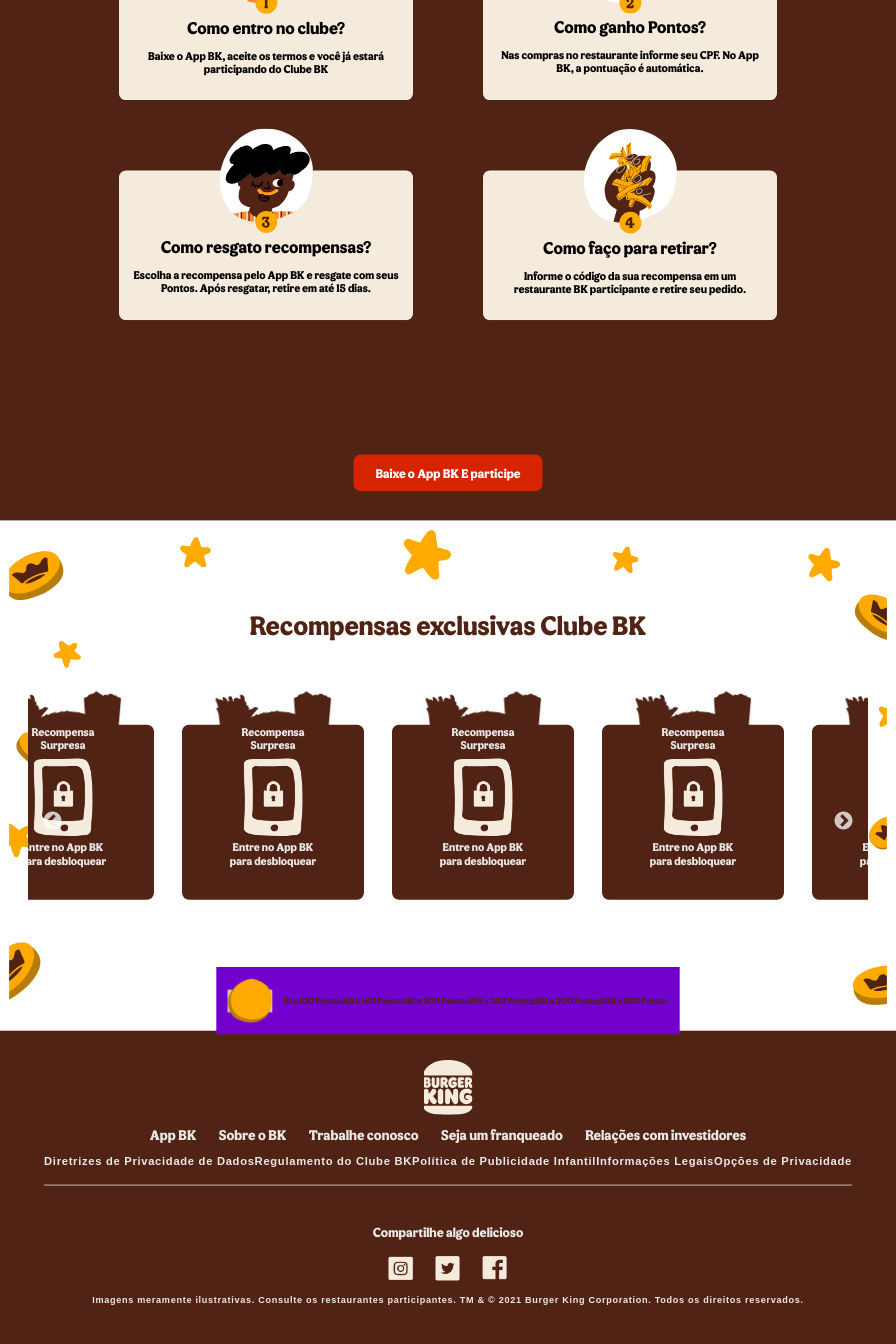
Repository: francisguitt/BurgerKing
Page: src/pages/club-bk.html
An editor plug-in stored every save of this project. The page is shown before and after the next save, followed by the edit.
The browser window is 1280 px wide. The pictures show the part of the page from y = 1939 to 3859 px (the page is 3859 px tall), at 70% of full size.

Above is the page before, as saved 2025-04-16 11:02:33.

### src/pages/club-bk.html
<!DOCTYPE html>
<html lang="en">

<head>
  <meta charset="UTF-8">
  <meta name="viewport" content="width=device-width, initial-scale=1.0">
  <link href="https://unpkg.com/aos@2.3.1/dist/aos.css" rel="stylesheet"><!-- cdn aos animation scroll-->
  <link href="https://cdn.jsdelivr.net/npm/slick-carousel@1.8.1/slick/slick.css" rel="stylesheet" />
  <!-- cdn SLICK SLIDER-->
  <link href="https://cdn.jsdelivr.net/npm/slick-carousel@1.8.1/slick/slick-theme.css" rel="stylesheet" />
  <!-- cdn SLICK SLIDER-->

  <link rel="stylesheet" href="../assets//styles/club-bk.css" />
  <link rel="stylesheet" href="../assets/styles/globals.css" />
  <title>Club Bk</title>
</head>

<body>

  <header class="header-globals">
    <nav class="nav-globals">
      <ul class="ul-globals">
        <div class="side-left-logo">
          <img src="../assets/icons/BK-logo.svg" width="80" alt="logo" />
        </div>
        <div class="side-right-routes">
          <li><a href="../index.html">inicio</a></li>
          <li><a href="./coupons.html">cupons</a></li>
          <li><a href="./menu.html">cardápio</a></li>
          <li><a href="./app-bk.html">app bk</a></li>
          <li><a href="./club-bk.html">clube bk</a></li>
          <li><a href="#">delivery</a></li>
        </div>
      </ul>
    </nav>
  </header>

  <section class="sectio1-banner-clubBk">
    <div class="section1-banner-clubBk-content">
      <img src="../assets/bannerClubBk/Banner-clube-bk-tem-recompensas-te-esperando.dsektop.png" alt="banner"
        class="banner-clubBk-img-dektop">
      <img src="../assets/bannerClubBk/Banner-clube-bk-tem-recompensas-te-esperando-mobile.png" alt="banner"
        class="banner-clubBk-img-mobile">
    </div>
  </section>
  <!-- end section 1 banner  -->

  <!-- ------------ SECTION 2 BENEFITS------------ -->
  <section class="section2-benefits"><!--benefits = beneficios-->
    <div class="section2-benefits-title">
      <h2>Vantagens e benefícios</h2>
    </div>
    <div class="section2-benefits-content">
      <div class="section2-benefits-content-box">
        <img src="../assets/clubeBkImages/1-clube-bk-vantagens-1-real-1-ponto.23e574c.svg" alt="">
        <h2>Ganhe Pontos comprando no BK</h2>
        <p>Comprou, pontuou! A cada R$1 ganhe 1 ponto.</p>
      </div>
      <div class="section2-benefits-content-box">
        <img src="../assets/clubeBkImages/2-clube-bk-batata-burger-king-moedas.d66ac02.svg" alt="">
        <h2>Aproveite ofertas e descontos exclusivos</h2>
        <p>Troque seus Pontos por recompensas no App BK.</p>
      </div>
      <div class="section2-benefits-content-box">
        <img src="../assets/clubeBkImages/3-clube-bk-moedas.9d79798.svg" alt="">
        <h2>Receba Pontos extras em campanhas</h2>
        <p>Ganhe Pontos extras em ações específicas no Clube BK.</p>
      </div>
      <div class="section2-benefits-content-box">
        <img src="../assets/clubeBkImages/4-clube-bk-aniversario.afb9863.svg" alt="">
        <h2>Ganhe um mimo de aniversário</h2>
        <p>No Clube BK, você ganha Pontos em dobro no mês do seu aniversário!</p>
      </div>
    </div>
    </div>
  </section>

  <!-- ------------END SECTION 2 BENEFITS------------ -->

  <!-- ---------------SECTION 3 WORKS------------------ -->
  <section class="section3-clubBk-works">
    <div class="section3-clubBk-works-title">
      <h1>Como funciona o Clube BK?</h1>
    </div>
    <div class="section3-clubBk-works-content">
      <div data-aos="zoom-in" data-aos-duration="400" class="section3-clubBk-works-box">
        <img src="../assets/clubeBkImages/01-app-bk-icone.ffb4431.svg" alt="" />
        <h2>Como entro no clube?</h2>
        <p>Baixe o App BK, aceite os termos e você já estará participando do Clube BK</p>
      </div>
      <div data-aos="zoom-in" data-aos-duration="1000" class="section3-clubBk-works-box">
        <img src="../assets/clubeBkImages/02-clube-bk-Pontos-moedas.e91c1b0.svg" alt="" />
        <h2>Como ganho Pontos?</h2>
        <p>Nas compras no restaurante informe seu CPF. No App BK, a pontuação é automática.</p>
      </div>
      <div data-aos="zoom-in" data-aos-duration="1400" class="section3-clubBk-works-box">
        <img src="../assets/clubeBkImages/03-clube-bk-cliente-feliz.219f569.svg" alt="" />
        <h2>Como resgato recompensas?</h2>
        <p>Escolha a recompensa pelo App BK e resgate com seus Pontos. Após resgatar, retire em até 15 dias.</p>

      </div>
      <div data-aos="zoom-in" data-aos-duration="2500" class="section3-clubBk-works-box">
        <img src="../assets/clubeBkImages/04-clube-bk-mao-batata-burger-king.c87e2c5.svg" alt="" />
        <h2>Como faço para retirar?</h2>
        <p>Informe o código da sua recompensa em um restaurante BK participante e retire seu pedido.</p>
      </div>
    </div>
    </div>
    <div class="section3-clubBk-works-btn">
      <button>
        <h2>Baixe o App BK E participe</h2>
      </button>
    </div>
  </section>
  <!-- ---------------END SECTION 3 WORKS------------------ -->



  <section class="section4-clubBk-rewards">
    <div class="backgroundStar" data-aos="zoom-in" data-aos-duration="1000">
      <div class="section4-clubBk-rewards-title">
        <h1>Recompensas exclusivas Clube BK</h1>
      </div>

      <div class="section4-carousel-rewards-card  carousel-rewards-clubBk">
        <button type="button" class="slick-prev">&laquo;</button>
        <button type="button" class="slick-next">&raquo;</button>


        <div class="carousel-rewards-card-area">
          <div class="carousel-rewards-card-itens">
            <img src="../assets/clubeBkImages/clube-bk_card-recompensa-escondido.693e7bd.png" alt="itens"
              class="carousel-rewards-card-itens-image" />
            <div class="box-reward">
              <span>Recompensa <br> Surpresa</span>
              <img src="../assets/clubeBkImages/clube-bk-card_recompensa_cell-locker_cortina.png"
                class="box-reward-image" />
              <p class="box-reward-subtitle">Entre no App BK <br>para desbloquear</p>
            </div>
          </div>
        </div>

        <div class="carousel-rewards-card-area">
          <div class="carousel-rewards-card-itens">
            <img src="../assets/clubeBkImages/clube-bk_card-recompensa-escondido.693e7bd.png" alt="itens"
              class="carousel-rewards-card-itens-image" />
            <div class="box-reward">
              <span>Recompensa <br> Surpresa</span>
              <img src="../assets/clubeBkImages/clube-bk-card_recompensa_cell-locker_cortina.png"
                class="box-reward-image" />
              <p class="box-reward-subtitle">Entre no App BK <br>para desbloquear</p>
            </div>
          </div>
        </div>

        <div class="carousel-rewards-card-area">
          <div class="carousel-rewards-card-itens">
            <img src="../assets/clubeBkImages/clube-bk_card-recompensa-escondido.693e7bd.png" alt="itens"
              class="carousel-rewards-card-itens-image" />
            <div class="box-reward">
              <span>Recompensa <br> Surpresa</span>
              <img src="../assets/clubeBkImages/clube-bk-card_recompensa_cell-locker_cortina.png"
                class="box-reward-image" />
              <p class="box-reward-subtitle">Entre no App BK <br>para desbloquear</p>
            </div>
          </div>
        </div>

        <div class="carousel-rewards-card-area">
          <div class="carousel-rewards-card-itens">
            <img src="../assets/clubeBkImages/clube-bk_card-recompensa-escondido.693e7bd.png" alt="itens"
              class="carousel-rewards-card-itens-image" />
            <div class="box-reward">
              <span>Recompensa <br> Surpresa</span>
              <img src="../assets/clubeBkImages/clube-bk-card_recompensa_cell-locker_cortina.png"
                class="box-reward-image" />
              <p class="box-reward-subtitle">Entre no App BK <br>para desbloquear</p>
            </div>
          </div>
        </div>

        <div class="carousel-rewards-card-area">
          <div class="carousel-rewards-card-itens">
            <img src="../assets/clubeBkImages/clube-bk_card-recompensa-escondido.693e7bd.png" alt="itens"
              class="carousel-rewards-card-itens-image" />
            <div class="box-reward">
              <span>Recompensa <br> Surpresa</span>
              <img src="../assets/clubeBkImages/clube-bk-card_recompensa_cell-locker_cortina.png"
                class="box-reward-image" />
              <p class="box-reward-subtitle">Entre no App BK <br>para desbloquear</p>
            </div>
          </div>
        </div>

        <div class="carousel-rewards-card-area">
          <div class="carousel-rewards-card-itens">
            <img src="../assets/clubeBkImages/clube-bk_card-recompensa-escondido.693e7bd.png" alt="itens"
              class="carousel-rewards-card-itens-image" />
            <div class="box-reward">
              <span>Recompensa <br> Surpresa</span>
              <img src="../assets/clubeBkImages/clube-bk-card_recompensa_cell-locker_cortina.png"
                class="box-reward-image" alt="" />
              <p class="box-reward-subtitle">Entre no App BK <br>para desbloquear</p>
            </div>
          </div>
        </div>

        <div class="carousel-rewards-card-area">
          <div class="carousel-rewards-card-itens">
            <img src="../assets/clubeBkImages/clube-bk_card-recompensa-escondido.693e7bd.png" alt="itens"
              class="carousel-rewards-card-itens-image" />
            <div class="box-reward">
              <span>Recompensa <br> Surpresa</span>
              <img src="../assets/clubeBkImages/clube-bk-card_recompensa_cell-locker_cortina.png"
                class="box-reward-image" alt="" />
              <p class="box-reward-subtitle">Entre no App BK <br>para desbloquear</p>
            </div>
          </div>
        </div>

        <div class="carousel-rewards-card-area">
          <div class="carousel-rewards-card-itens">
            <img src="../assets/clubeBkImages/clube-bk_card-recompensa-escondido.693e7bd.png" alt="itens"
              class="carousel-rewards-card-itens-image" />
            <div class="box-reward">
              <span>Recompensa <br> Surpresa</span>
              <img src="../assets/clubeBkImages/clube-bk-card_recompensa_cell-locker_cortina.png"
                class="box-reward-image" />
              <p class="box-reward-subtitle">Entre no App BK <br>para desbloquear</p>
            </div>
          </div>
        </div>
      </div>
      <div class="reward-dots">
        <div class="dots-content">
          <div class="dots-coin-image">
          </div>
          <div class="dots">
            <p class="dots-text">51 a 100 Pontos</p>
          </div>
          <div class="dots">
            <p class="dots-text">101 a 150 Pontos</p>
          </div>
          <div class="dots">
            <p class="dots-text">151 a 200 Pontos</p>
          </div>
          <div class="dots">
            <p class="dots-text">201 a 250 Pontos</p>
          </div>
          <div class="dots">
            <p class="dots-text">251 a 300 Pontos</p>
          </div>
          <div class="dots">
            <p class="dots-text">301 a 350 Pontos</p>
          </div>

        </div>
      </div>
  </section>

  <!--========= END SECTION 4 REWARDS=========== -->

  <footer class="footer-home">
    <div class="brand-home">
      <img src="../assets/icons/BK-brand-white.svg" width="70" alt="brand burger king" />
    </div>
    <div class="footer-home-area">
      <div class="external-links-footer-home">
        <ul class="external-links-footer-home-content">
          <li><a href="">App BK</a></li>
          <li><a href="">Sobre o BK</a></li>
          <li><a href="">Trabalhe conosco</a></li>
          <li><a href="">Seja um franqueado</a></li>
          <li><a href="">Relações com investidores</a></li>
        </ul>

        <ul class="external-links-footer-home-content-bottom">
          <li><a href="">Diretrizes de Privacidade de Dados</a></li>
          <li><a href="">Regulamento do Clube BK</a></li>
          <li><a href="">Política de Publicidade Infantil</a></li>
          <li><a href="">Informações Legais</a></li>
          <li><a href="">Opções de Privacidade</a></li>
        </ul>
        <!-- =========linha de divisão============= -->
        <div class="dividing-line"></div>
        <!-- =========end de divisão============= -->
        <div class="socials-network-footer-home">
          <h3>Compartilhe algo delicioso</h3>
          <div class="icons-socials-network-footer-home">
            <a href="">
              <img src="../assets/icons/instagram.png" width="50" alt="instagram" />
            </a>
            <a href="">
              <img src="../assets//icons/twitter.png" width="50" alt="twiter" />
            </a>
            <a href="">
              <img src="../assets/icons/facebook.png" width="50" alt="facebook" />
            </a>
          </div>
          <h4>
            Imagens meramente ilustrativas. Consulte os restaurantes participantes. TM & © 2021 Burger King
            Corporation.
            Todos os direitos reservados.
          </h4>
        </div>
      </div>
    </div>
  </footer>
  <!-- =======END FOOTER======== -->
  <script src="https://cdnjs.cloudflare.com/ajax/libs/jquery/3.3.1/jquery.min.js"></script> <!-- SLICK SLIDER-->
  <script src="https://cdn.jsdelivr.net/npm/slick-carousel@1.8.1/slick/slick.min.js"></script><!--  SLICK SLIDER-->
  <script src="https://unpkg.com/aos@2.3.1/dist/aos.js"></script><!-- AOS ANIMATION SCROLL-->
  <script>
    $(document).ready(function () {
      $('.carousel-rewards-clubBk').slick({
        autoplay: true,
        autoplaySpeed: 3000,
        arrows: true,
        infinite: true,
        speed: 500,
        slidesToShow: 3,
        slidesToScroll: 1,
        responsive: [
          {
            breakpoint: 1024,
            settings: {
              slidesToShow: 2,
              slidesToScroll: 1,
              infinite: true,
            }
          },
          {
            breakpoint: 768,
            settings: {
              slidesToShow: 1,
              slidesToScroll: 1,
              arrows: false,

            }
          }
        ]
      });
    });


    AOS.init();/* init aos scroll*/
  </script>
</body>

</html>

### src/assets/styles/club-bk.css
.section1-banner-clubBk-content img {
    width: 100%;
    cursor: pointer;
}




/* ==============SECTION 2 BENEFITS============== */
.section2-benefits-title {
    margin: 5rem 0;
    /* Mantém espaçamento vertical */
    text-align: center;
    color: var(--text-color1);
}

.section2-benefits-title h2 {
    font-size: 45px;
}

/* Ajuste o espaçamento entre os cards */
.section2-benefits-content {
    display: grid;
    grid-template-columns: repeat(auto-fit, minmax(200px, 1fr));
    /* 1fr para um ajuste mais fluido */
    gap: 2rem;
    /* Espaçamento reduzido entre os cards */
    width: 100%;
    max-width: 1280px;
    margin: auto;
    padding: 5px;
    margin-bottom: 10rem;
    /* Reduzido para evitar espaçamento exagerado */
}

/* Estilo dos cards */
.section2-benefits-content-box {
    display: flex;
    justify-content: center;
    /* Melhor alinhamento geral */
    align-items: center;
    flex-direction: column;
    width: 100%;
    /* Ajusta o tamanho para se alinhar à grade */
    height: auto;
    /* Remove o tamanho fixo para evitar esticar desnecessariamente */
    overflow: hidden;
    background: var(--header-color);
    border-radius: 10px;
    padding: 20px;
    /* Adiciona espaçamento interno */
}

/* Imagem dentro do card */
.section2-benefits-content-box img {
    width: 60%;
    margin: 2rem 0;
    /* Reduz o espaçamento vertical */
}

/* Título dentro card */
.section2-benefits-content-box h2 {
    font-size: 24px;
    /* Ajustado para um tamanho mais fluido */
    text-align: center;
    color: var(--text-color1);
}

/* Texto descritivo no card */
.section2-benefits-content-box p {
    text-align: center;
    width: 100%;
    max-width: 200px;
    margin: 5.5rem 0;
    /* Remove a margem negativa e ajusta o espaçamento */
    font-family: "Roboto", sans-serif;
    font-weight: 600;
}

/* ============== END SECTION 2 BENEFITS============== */

/* ================SECTION 3 WORKS============== */
.section3-clubBk-works {
    margin-bottom: 5.5rem;
    padding: 10px;
    background: var(--secundary-color);


}


.section3-clubBk-works-title h1 {
    color: var(--text-color2);
    text-align: center;
    font-size: 45px;
    /* margin-bottom: -5rem; */


}

.section3-clubBk-works-content {
    display: grid;
    grid-template-columns: repeat(auto-fit, minmax(400px, 4fr));
    gap: 100px;
    width: 100%;
    max-width: 1366px;
    margin: auto;
    text-align: center;
    padding: 10rem;
}

.section3-clubBk-works-box {
    background-color: var(--header-color);
    width: 100%;
    padding: 20px;
    border-radius: 10px;
}

.section3-clubBk-works-box img {
    width: 35%;
    position: relative;
    top: -5rem;
}

.section3-clubBk-works-box h2 {
    margin-top: -5rem;


}

.section3-clubBk-works-box p {
    margin: 1rem 0;
    max-width: 400px;
    width: 100%;
}


.section3-clubBk-works-btn {
    display: flex;
    justify-content: center;
    align-items: center;
    text-align: center;
    margin: auto;
}

.section3-clubBk-works-btn button {
    padding: 15px;
    outline: none;
    border: none;
    width: 270px;
    border-radius: 10px;
    margin: 2rem 0;
    cursor: pointer;
    background-color: var(--primary-color);
}

.section3-clubBk-works-btn h2:hover {
    color: rgba(240, 248, 255, 0.838);
}

.section3-clubBk-works-btn h2 {
    font-size: 18px;
    color: #fff;
}


/* ================END SECTION 3 WORKS============== */


/* ====================SECTION 4 REWARDS============== */


.backgroundStar {
    background-image: url('../clubeBkImages/clube-bk-moedas-e-estrelas-bg.b907bb5.png');
    background-position: top;
    background-repeat: no-repeat;
    background-size: cover;
    margin: 0 1%;
    max-width: -webkit-fill-available;
    max-width: -moz-available;
    min-height: 45rem;
    padding: 0;
    width: 100%;
}

.section4-clubBk-rewards {
    margin-top: -5.2rem;

}

.section4-clubBk-rewards-title {
    padding: 7.5rem;
    margin-bottom: -3rem;
}

.section4-clubBk-rewards-title h1 {
    color: var(--text-color1);
    font-size: 38px;
    text-align: center;
}

.section4-carousel-rewards-card {
    display: flex;
    justify-content: center;
    /* background-color: red; */
    max-width: 1200px;
    width: 100%;
    margin: auto;
    gap: 1rem;

}

.carousel-rewards-card-area {
    display: flex;
    justify-content: center;
    align-items: center;
    gap: 1rem;
    max-width: 300px;
    width: 50%;
    margin: auto;
}


.carousel-rewards-card-itens {
    display: flex;
    justify-content: center;
    align-items: center;
    flex-direction: column;
}

.carousel-rewards-card-itens-image {
    width: 55%;
}

.box-reward {
    position: relative;
    top: -4rem;
    display: flex;
    flex-direction: column;
    align-items: center;
    text-align: center;
    min-height: 250px;
    width: 260px;
    background-color: yellow;
    border-radius: 10px;
    background-color: var(--secundary-color);

}

.box-reward span,
.box-reward-subtitle {
    margin-bottom: 10px;
    color: var(--text-color2);
}

.box-reward-image {
    width: 35%;

}

.reward-dots {
    display: flex;
    justify-content: center;
    align-items: center;
    max-width: 1280px;
    width: 100%;
    margin: 2rem auto;
    padding: 0;
}

.dots-content {
    display: flex;
    align-items: center;
    /* gap: 2rem; */
    flex-wrap: nowrap;
   background-color: #7201ce;
    padding: 1rem;
    line-height: 5px;
}

.dots {
    display: flex;
    align-items: center;
    white-space: nowrap;

}

.dots-coin-image {
    background-color: transparent;
    background-image: url('../clubeBkImages/clube-bk-moeda_categorias_pontos.8edb784.png');
    background-position: center;
    background-repeat: no-repeat;
    background-size: contain;
    border: none;
    width: 4rem;
    height: 4rem;
    margin-right: 1rem;
}

.dots-text {

    font-size: 13px;
    text-align: center;
    color: #502314;
    font-weight: 500;
}

/* ================arows================ */
.slick-prev,
.slick-next {
    z-index: 1000;
    cursor: pointer;
}

.slick-prev {
    left: 20px;
}

.slick-next {
    right: 30px;

}

.slick-prev:before,
.slick-next:before {
    font-family: "slick";
    font-size: 30px;
    line-height: 1;
    color: white;
}

/* ================end arows================ */


/* ====================END SECTION 4 REAWARDS ================ */








/* ================= Banners Hidden ================ */
.banner-clubBk-img-dektop {
    display: block !important;
}

.banner-clubBk-img-mobile {
    display: none !important;
}




/* ======= Media Queries ======== */
@media (max-width: 768px) {
    .banner-clubBk-img-mobile {
        display: block !important;
    }

    .banner-clubBk-img-dektop {
        display: none !important;
    }

    .section2-benefits-title h2 {
        font-size: 36px;
        /* Ajusta tamanho do título para telas menores */
    }

    .section2-benefits-content {
        grid-template-columns: 1fr;
        /* Empilha os cards em uma única coluna */
        gap: 1.5rem;
        /* Reduz o espaçamento entre os cards */
    }

    .section2-benefits-content-box {
        padding: 15px;
        /* Ajusta o padding para telas menores */
    }


    /*==================== section 3 works==============  */

    .section3-clubBk-works-title h1 {
        margin-bottom: 2rem;
        /* Aumenta o espaçamento abaixo do título */
        font-size: 35px;
        /* Ajusta o tamanho do título para telas menores */
    }

    .section3-clubBk-works-content {
        grid-template-columns: 1fr;
        /* Cada card ocupa 100% da largura */
        gap: 20px;
        /* Reduz o espaçamento entre os cards */
        padding: 2rem;
        /* Ajusta o padding geral para telas menores */
    }

    .section3-clubBk-works-box {
        margin: 0 auto;
        /* Centraliza o card horizontalmente */
        width: 90%;
        /* Reduz a largura dos cards para caber melhor na tela */
    }

    .section3-clubBk-works-box img {
        width: 30%;
        /* Ajusta o tamanho da imagem para telas pequenas */
        top: -2rem;
        /* Ajusta a posição da imagem */
    }

    /* ====================rewards ============== */
    .section3-clubBk-works-box h2 {
        margin-top: 0;
        /* Remove o espaçamento negativo para evitar cortes */
    }


    /* ======section 4 rewards=============== */

    .section4-carousel-rewards-card {
        padding: 100px;
        padding: 1rem;
        width: 100%;
    }

    .carousel-rewards-card-area {
        padding: 30px;
    }

    .carousel-rewards-card-itens {
        display: flex;
        flex-direction: column;
        justify-content: center;
        align-items: center;
        text-align: center;
    }

    .carousel-rewards-card-itens-image {
        width: 90%;

    }



    .box-reward {
        position: relative;
        top: -4rem;
        display: flex;
        flex-direction: column;
        align-items: center;
        text-align: center;
        min-height: 200px;
        width: 120%;
        border-radius: 10px;
        background-color: var(--secundary-color);

    }

    .box-reward-image {
        width: 50%;
    }
}

Loaded but not shown: src/assets/styles/globals.css (236 lines, source omitted)

After the next save:
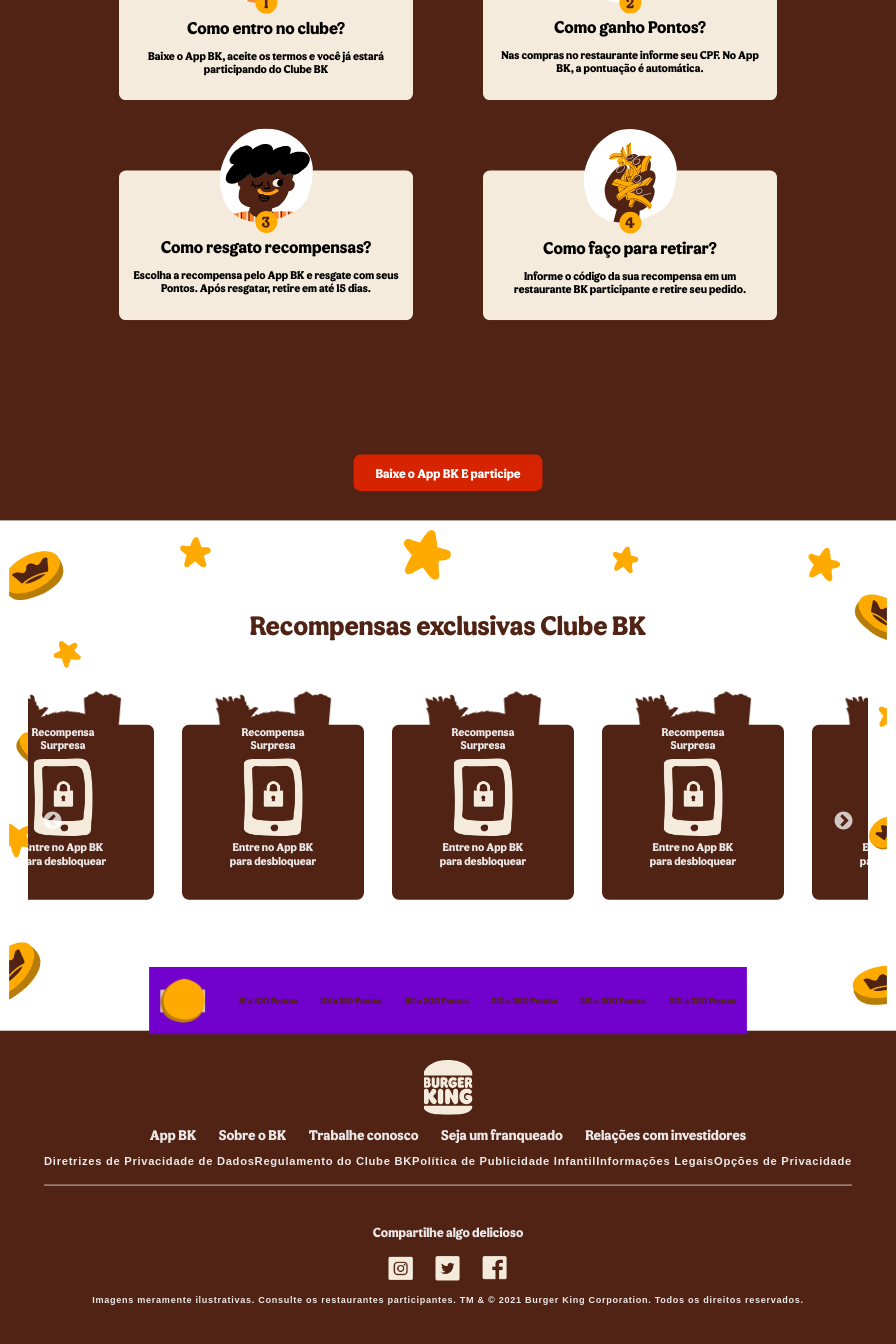
Saved 9 s later.
--- a/src/assets/styles/club-bk.css
+++ b/src/assets/styles/club-bk.css
@@ -271,7 +271,7 @@
 .dots-content {
     display: flex;
     align-items: center;
-    /* gap: 2rem; */
+    gap: 2rem;
     flex-wrap: nowrap;
    background-color: #7201ce;
     padding: 1rem;
